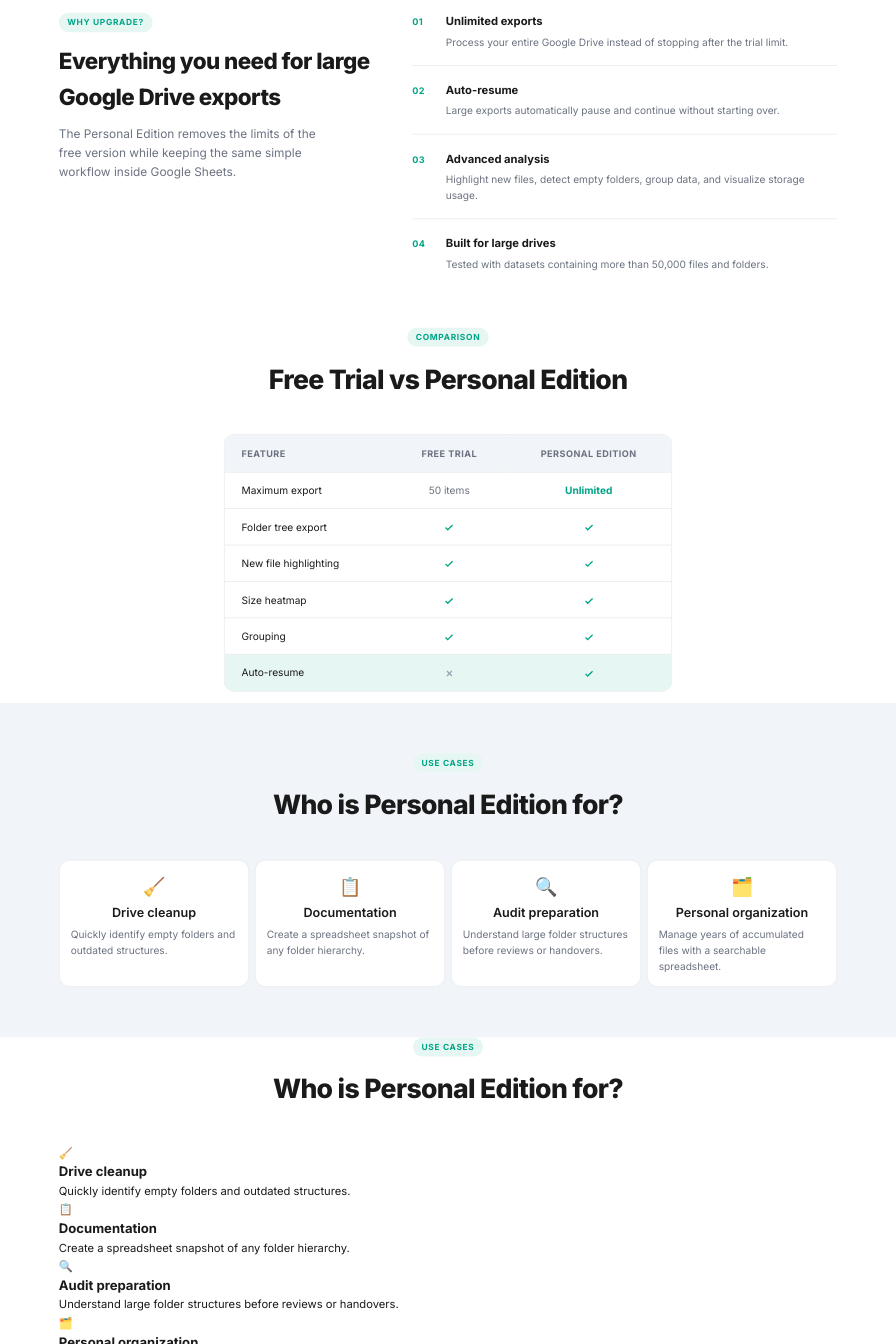
Repository: toishitool/gdrive-to-sheet
Page: personal-edition.html
These files come from the project's save history. The page is drawn as it stood at one moment and after the next save; the edit follows.
The browser window is 1280 px wide. The pictures show the part of the page from y = 1233 to 3153 px (the page is 4620 px tall), at 70% of full size.

Above is the page before, as saved 2026-06-26 21:09:27.

After the next save:
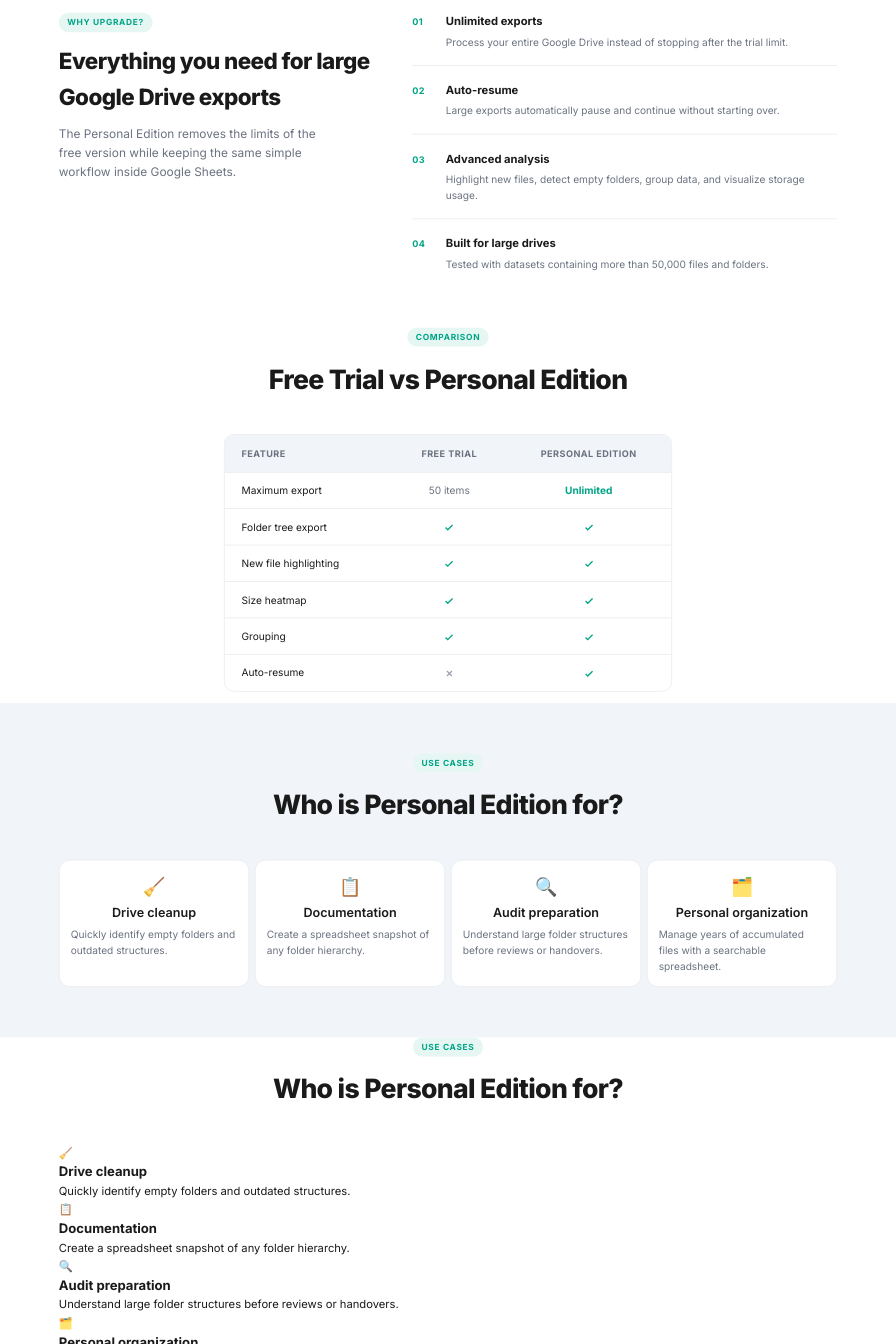
Saved 102 s later.
--- a/personal-edition.html
+++ b/personal-edition.html
@@ -256,7 +256,7 @@
             <td class="cell-check"><svg width="15" height="15" fill="none" stroke="currentColor" stroke-width="3" viewBox="0 0 24 24"><polyline points="20 6 9 17 4 12" /></svg></td>
             <td class="cell-check"><svg width="15" height="15" fill="none" stroke="currentColor" stroke-width="3" viewBox="0 0 24 24"><polyline points="20 6 9 17 4 12" /></svg></td>
           </tr>
-          <tr class="row-diff">
+          <tr>
             <td>Auto-resume</td>
             <td class="cell-x"><svg width="14" height="14" fill="none" stroke="currentColor" stroke-width="3" viewBox="0 0 24 24"><line x1="18" y1="6" x2="6" y2="18" /><line x1="6" y1="6" x2="18" y2="18" /></svg></td>
             <td class="cell-check"><svg width="15" height="15" fill="none" stroke="currentColor" stroke-width="3" viewBox="0 0 24 24"><polyline points="20 6 9 17 4 12" /></svg></td>
